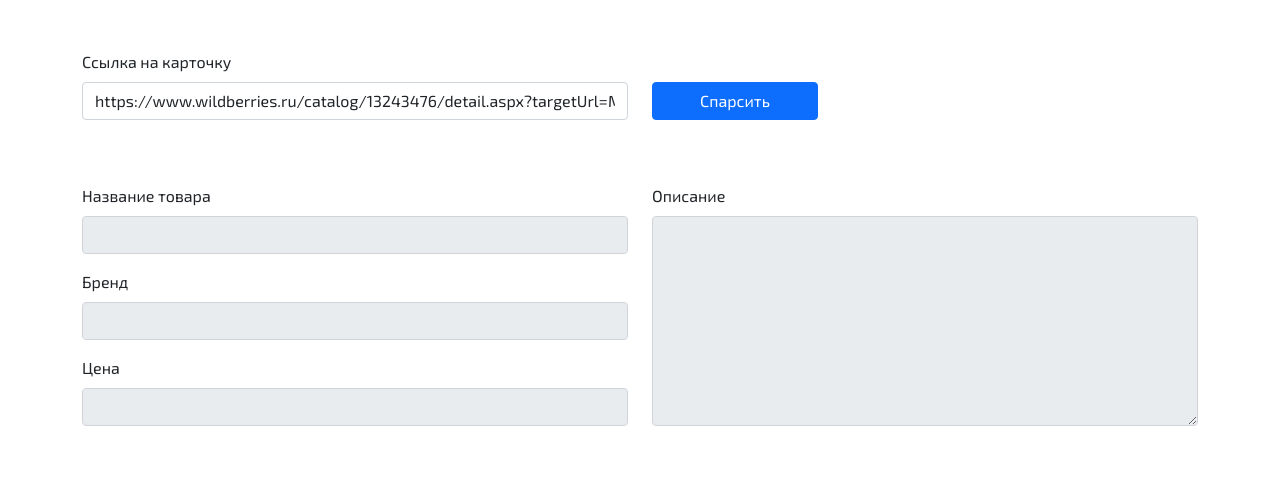
Repository: yozuul/wildberries-product-card-parser-api-exchange
Page: public/panel.html
These files come from the project's save history. The page is drawn as it stood at one moment and after the next save; the edit follows.
The browser window is 1280 px wide. The pictures show the whole page.

Above is the page before, as saved 2021-08-19 15:11:25.

### public/panel.html
<!DOCTYPE html>
<html lang="en">

<head>
   <meta charset="UTF-8">
   <meta http-equiv="X-UA-Compatible" content="IE=edge">
   <meta name="viewport" content="width=device-width, initial-scale=1.0">
   <title>Document</title>
   <link href="https://cdn.jsdelivr.net/npm/bootstrap@5.1.0/dist/css/bootstrap.min.css" rel="stylesheet"
      integrity="sha384-KyZXEAg3QhqLMpG8r+8fhAXLRk2vvoC2f3B09zVXn8CA5QIVfZOJ3BCsw2P0p/We" crossorigin="anonymous">
   <link rel="stylesheet" href="style.css">
</head>

<body>
   <div class="container">
      <div class="row parser_form_wrapper align-items-end">
         <div class="mb-3 col-6">
            <label for="cardProductURL" class="form-label">Ссылка на карточку</label>
            <input type="text" class="form-control" id="cardProductURL" value="https://www.wildberries.ru/catalog/13243476/detail.aspx?targetUrl=MI">
         </div>
         <div class="col-2 mb-3">
            <button id="passCardURL" class="btn btn-primary col-12">
               <span class="parseInactive">Спарсить</span>
               <div class="spinner parseActive dn">
                  <span class="sr-only">Парсим</span>
                  <span class="spinner-grow spinner-grow-sm" role="status" aria-hidden="true"></span>
               </div>
            </button>
         </div>
         <div class="col-2 mb-3">
            <button id="saveCard" class="btn btn-success col-12 dn">
               <span class="saveCardInactive">Добавить</span>
               <div class="spinner saveCardActive dn">
                  <span class="sr-only">Добавляем</span>
                  <span class="spinner-grow spinner-grow-sm" role="status" aria-hidden="true"></span>
               </div>
            </button>
         </div>
      </div>
   </div>
   <form class="container mt-5">
      <div class="row">
         <div class="col">
            <div class="mb-3">
               <label for="productName" class="form-label">Название товара</label>
               <input type="text" class="form-control" id="productName" readonly>
            </div>
            <!-- <div class="mb-3">
               <label for="productDesc" class="form-label">Описание товара</label>
               <textarea type="text" class="form-control" id="productDesc" rows="5" readonly></textarea>
            </div> -->
            <div class="mb-3">
               <label for="productBrand" class="form-label">Бренд</label>
               <input type="text" class="form-control" id="productBrand" readonly>
            </div>

            <div class="mb-3">
               <label for="productPrice" class="form-label">Цена</label>
               <input type="text" class="form-control" id="productPrice" readonly>
            </div>
            <div class="mb-3 productImagesDiv dn">
               <label for="productImages" class="form-label">Изображения</label>
               <div id="productImages" class="row"></div>
            </div>
         </div>
         <div class="col">
            <div class="mb-3 productConsistDiv dn">
               <label for="productConsist" class="form-label">Состав</label>
               <input type="text" class="form-control" id="productConsist">
            </div>
            <div class="mb-3">
               <label for="productDesc" class="form-label">Описание</label>
               <textarea type="text" class="form-control" id="productDesc" readonly></textarea>
            </div>
            <div id="productParamsDiv" class="mb-3 dn">
               <label class="form-label">Характеристики</label>
               <table id="productParamsTable">
               </table>
            </div>
         </div>
      </div>
   </form>
   <script src="panel.js"></script>
</body>
</html>

### public/style.css
@import url('https://fonts.googleapis.com/css2?family=Exo+2&display=swap');

* {
   font-family: 'Exo 2', sans-serif;
}

body {
   padding: 0;
   margin: 0;
   padding-bottom: 100px;
}
.dn {
   display: none;
}
.parser_form_wrapper {
   margin-top: 50px;
}
#productDesc {
   height: 210px;
}
/* .imageItem {
   max-width: 100px;
   margin-right: 5px;
} */
.imageItem img {
   max-width: 100%;
   height: auto;
   margin-bottom: 20px;
}
#productParamsTable th {
   width: 60%;
   /* text-align: right;
   padding-right: 40px; */
}
#productParamsTable td {
   width: 40%;
}
/* .productImages {
   display: flex;
} */

/* .productFormWrapper, .parseFormWrapper {
   max-width: 1200px;
   margin: auto;
   padding-top: 25px;
   padding-bottom: 25px;
}
.parseFormWrapper {
   border-bottom: 1px dotted #9999;
}
.productFormWrapper {
   display: flex;
}
.productFormWrapperLeft {
   margin-right: 50px;
}
.parseForm {
   display: flex;
   flex-wrap: wrap;
   max-width: 550px;
}
.parseForm input {
   width: 550px;
   margin-bottom: 20px;
}
.productForm {
}
.productForm input, .productForm textarea {
   width: 550px;
}
.productForm textarea {
   height: 100px;
   resize: none;
}
.parseFormWrapper p, .productFormWrapper p {
   margin-bottom: 8px;
   margin-top: 0;
}
.inputWrapper {
   margin-bottom: 15px;
} */

### public/panel.js
class Panel {
   constructor(api) {
      this.api = api
   }

   waitParse() {
      const parseButtonQuery = '#passCardURL'
      const urlPassCardButton = this.query(parseButtonQuery)
      this.parseButtonClick(parseButtonQuery, urlPassCardButton)

      const field = {
         name: this.query('#productName'),
         brand: this.query('#productBrand'),
         price: this.query('#productPrice'),
      }
      const params = {
         consist: this.query('#productConsist'),
         desc: this.query('#productDesc')
      }

      this.sendData(this.jsonData(), field, params)
   }

   sendData(data, field, params) {
      let newData = this.jsonData()
      data.name = field.name.value
      data.brand = field.brand.value
      data.price = field.price.value
      data.details.consist = params.consist.value
      data.details.desc = params.desc.value

      const saveCardButton = this.query('#saveCard')
      saveCardButton.onclick = () => {
         this.fetchData(this.api.saveCard, data)
      }
   }

   async fetchData(apiURL, data) {
      try {
         const response = await fetch(apiURL, {
            method: 'POST',
            body: JSON.stringify({ data: data }),
            headers: { 'Content-Type': 'application/json' }
         })
         return await response.json()
      } catch (error) {
         console.error('Error fetching:', error);
      }
   }

   passDataToFields(data) {
      // Определение полей
      const field = {
         name: this.query('#productName'),
         brand: this.query('#productBrand'),
         price: this.query('#productPrice'),
      }
      const params = {
         consist: this.query('#productConsist'),
         desc: this.query('#productDesc')
      }
      // Добавление данных в поля
      // Основные данные товара
      for(let input in field) {
         field[input].removeAttribute('readonly')
         field[input].value = data[input]
      }
      // Изображения
      if(data.images) {
         data.images.reverse()
         const imageWrapperBlock = this.query('.productImagesDiv')
         imageWrapperBlock.classList.remove('dn')
         const imagesBlock = this.query('#productImages')

         let imgNum = 0
         for(let image of data.images) {
            const divTag = `<div class='col-3 imageItem'><img src="${image}"></div>`
            imagesBlock.insertAdjacentHTML('afterbegin', divTag)
            imgNum++
         }
         // id='imgNum_${imgNum}'
      }
      // Описание
      const detailDesc = data.details.desc
      if(detailDesc) {
         params.desc.removeAttribute('readonly')
         params.desc.value = detailDesc
      }
      // Состав
      const detailConsist = data.details.consist
      if(detailConsist) {
         this.query('.productConsistDiv').classList.remove('dn')
         params.consist.value = detailConsist
      } else {
         this.query('.productConsistDiv').classList.add('dn')
      }
      // Характеристики
      const detailParams = data.details.params
      if(detailParams) {
         const paramsTable = this.query('#productParamsTable')
         const paramsWrapper = this.query('#productParamsDiv')

         paramsWrapper.classList.remove('dn')
         for(let name in detailParams) {
            const paramRow = `<tr><th>${name}</th><td>${detailParams[name]}</td></tr>`
            paramsTable.insertAdjacentHTML('afterbegin', paramRow)
         }
      } else {
         paramsWrapper.classList.add('dn')
      }
   }

   // .classList.add('dn')

   parseButtonClick(parseButtonQuery, urlPassCardButton) {
      // Кнопка парсинга
      const inputCardURL = this.query('#cardProductURL').value
      const parseInactive = this.query(`${parseButtonQuery} .parseInactive`)
      const parseActive = this.query(`${parseButtonQuery} .parseActive`)

      // Кнопка добавления
      const saveCardButton = this.query('#saveCard')
      const saveCardInactive = this.query('#saveCardInactive')
      const saveCardActive = this.query('#saveCardActive')

      urlPassCardButton.onclick = async () => {
         // Кнопка сохранения
         saveCardButton.classList.add('dn')
         // Включение спиннера парсинга
         parseInactive.classList.add('dn')
         urlPassCardButton.setAttribute('disbale', '')
         parseActive.classList.remove('dn')
         // Получение данных
         const cardData = await this.fetchData(this.api.addCard, inputCardURL)
         // Отключение спиннера парсинга
         parseActive.classList.add('dn')
         urlPassCardButton.removeAttribute('disbale', '')
         parseInactive.classList.remove('dn')
         // Показываем кнопку добавления
         saveCardButton.classList.remove('dn')
         // Пуш данных в поля
         this.passDataToFields(cardData)
      }

   }

   jsonData() {
      return {
         name: 'Худи',
         brand: 'Raven.',
         price: '2068',
         images: [
           'https://images.wbstatic.net/large/new/13240000/13243476-1.jpg',
           'https://images.wbstatic.net/large/new/13240000/13243476-2.jpg',
           'https://images.wbstatic.net/large/new/13240000/13243476-3.jpg',
           'https://images.wbstatic.net/large/new/13240000/13243476-4.jpg',
           'https://images.wbstatic.net/large/new/13240000/13243476-5.jpg',
           'https://images.wbstatic.net/large/new/13240000/13243476-6.jpg'
         ],
         details: {
           consist: 'хлопок 80%, полиэстер 20%',
           desc: 'Оверсайз худи марки RAVEN. Толстовка свободного силуэта, с увеличенной проймой, шириной рукавов и спущенной плечевой линией. Худи выполено из качественного трикотажного полотна "френч терри" с начесом. Оснащена накладным карманом и эластичными поясом и манжетами. Данная модель может стать отличной базой для оверсайз стиля.',
           params: {
             'Покрой': 'оверсайз',
             'Фактура материала': 'футер',
             'Декоративные элементы': 'без элементов',
             'Уход за вещами': 'отбеливание запрещено',
             'Особенности модели': 'нет',
             'Назначение': 'повседневная',
             'Длина изделия по спинке': '70 см',
             'Страна производства': 'Россия',
             'Комплектация': 'худи',
             'Пол': 'Женский'
           }
         }
       }
   }

   query(el) { return document.querySelector(el) }
   queryAll(el) { return document.querySelectorAll(el) }
}

const api = {
   addCard: 'http://localhost:3000/addCard',
   saveCard: 'http://localhost:3000/saveCard',
}

new Panel(api).waitParse()

After the next save:
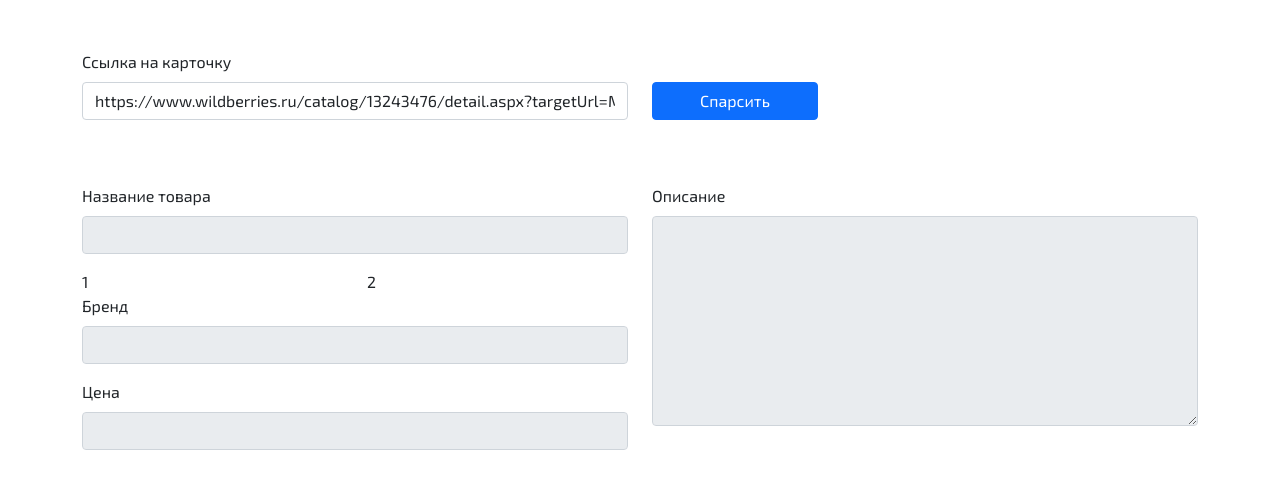
Saved 2 min 31 s later.
--- a/public/panel.html
+++ b/public/panel.html
@@ -41,14 +41,21 @@
    <form class="container mt-5">
       <div class="row">
          <div class="col">
+
             <div class="mb-3">
                <label for="productName" class="form-label">Название товара</label>
                <input type="text" class="form-control" id="productName" readonly>
             </div>
+
+            <div class="row">
+               <div class="col-6">1</div>
+               <div class="col-6">2</div>
+            </div>
             <!-- <div class="mb-3">
-               <label for="productDesc" class="form-label">Описание товара</label>
-               <textarea type="text" class="form-control" id="productDesc" rows="5" readonly></textarea>
+               <label for="productCategory" class="form-label">Категория</label>
+               <input type="text" class="form-control" id="productBrand" readonly>
             </div> -->
+
             <div class="mb-3">
                <label for="productBrand" class="form-label">Бренд</label>
                <input type="text" class="form-control" id="productBrand" readonly>
